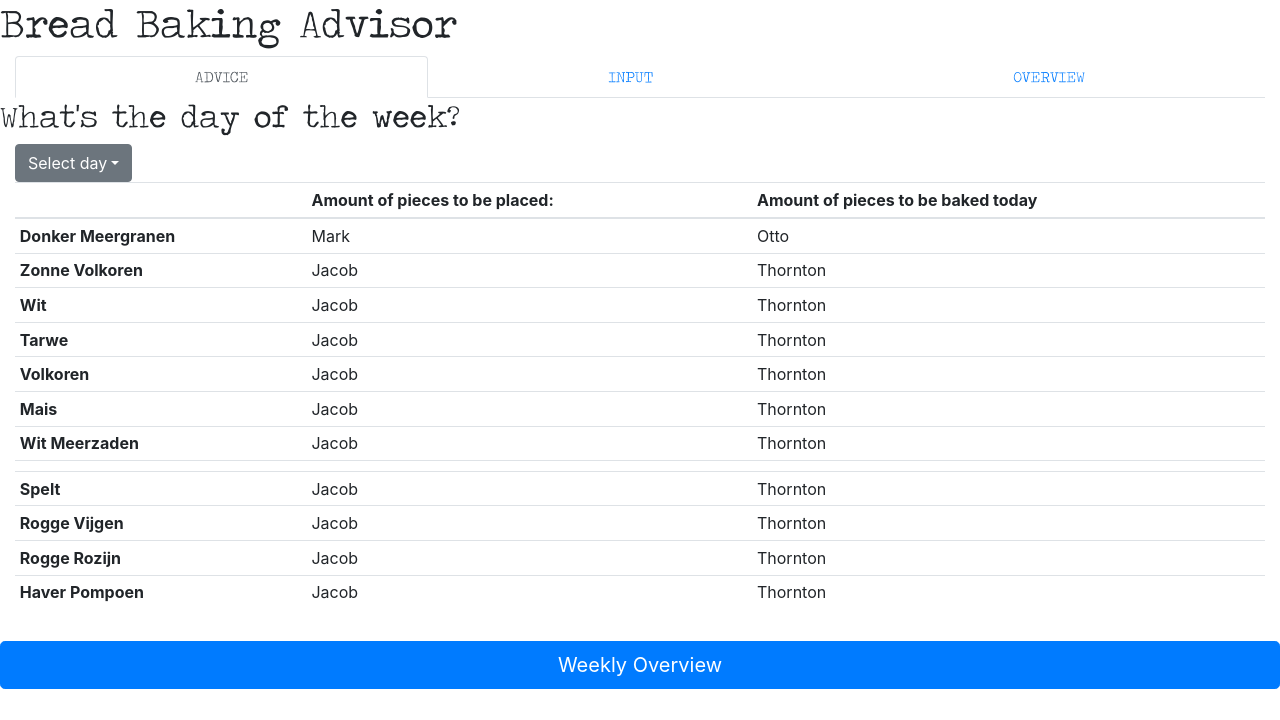
Repository: MarthGimenzo/bread-baking-advisor
Page: index.html
The author's editor kept a record of every edit. The page is drawn from the files as they stood at one moment, then again after the next edit.
The browser window is 1280 px wide. The pictures show the whole page.

Above is the page before.

After the next edit:
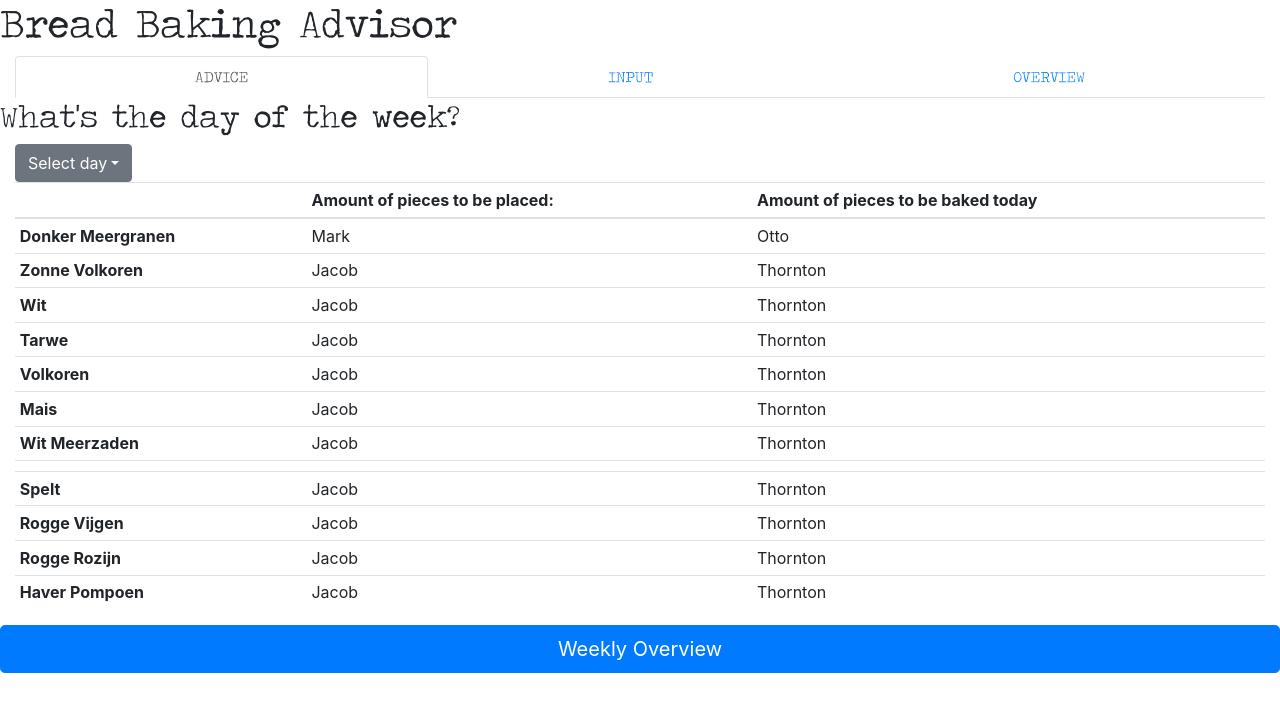
The edit:
--- a/index.html
+++ b/index.html
@@ -117,7 +117,7 @@
             </tbody>
         </table>
     </div>
-<footer class="footer mt-auto py-3">
+<footer>
     <button type="button" class="btn btn-primary btn-lg btn-block">Weekly Overview</button>
 </footer>
 
